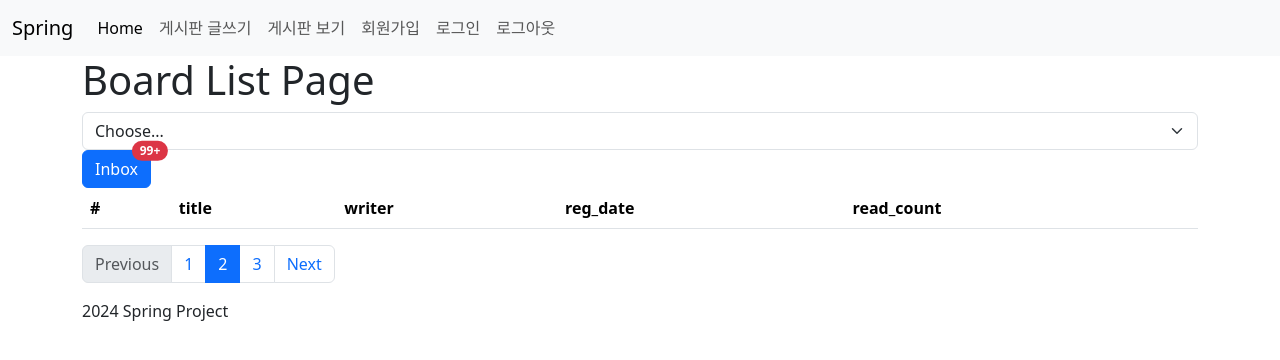
Repository: havanara/240423_SPRING_Project
Page: http://localhost/spring_study/WEB-INF/views/board/list.jsp
The author's editor kept a copy of each file at every save. The page is drawn from the files as they stood at one save, then again after the next save.
The browser window is 1280 px wide. The pictures show the whole page.
The page is served by Tomcat 9. Nobody is signed in. The template is opened directly, without the code that normally fills it, so the values that code supplies are empty.

Above is the page before, as saved 2024-04-24 08:16:47.

After the next save:
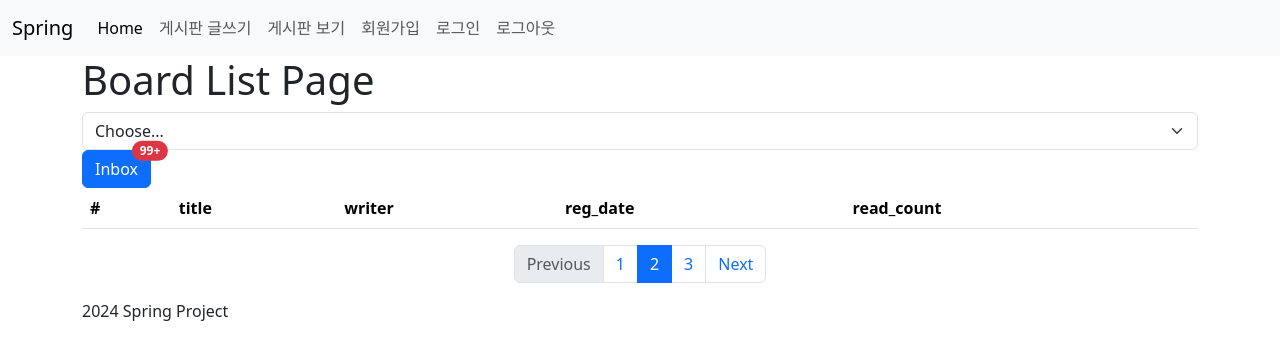
Saved 113 s later.
--- a/spring_study/src/main/webapp/WEB-INF/views/board/list.jsp
+++ b/spring_study/src/main/webapp/WEB-INF/views/board/list.jsp
@@ -51,8 +51,8 @@
 	</table>
 
 	<!-- 페이지네이션 라인 -->
-	<nav aria-label="...">
-		<ul class="pagination">
+	<nav aria-label="Page navigation example">
+		<ul class="pagination justify-content-center">
 			<li class="page-item disabled">
 				<a class="page-link">Previous</a>
 			</li>
